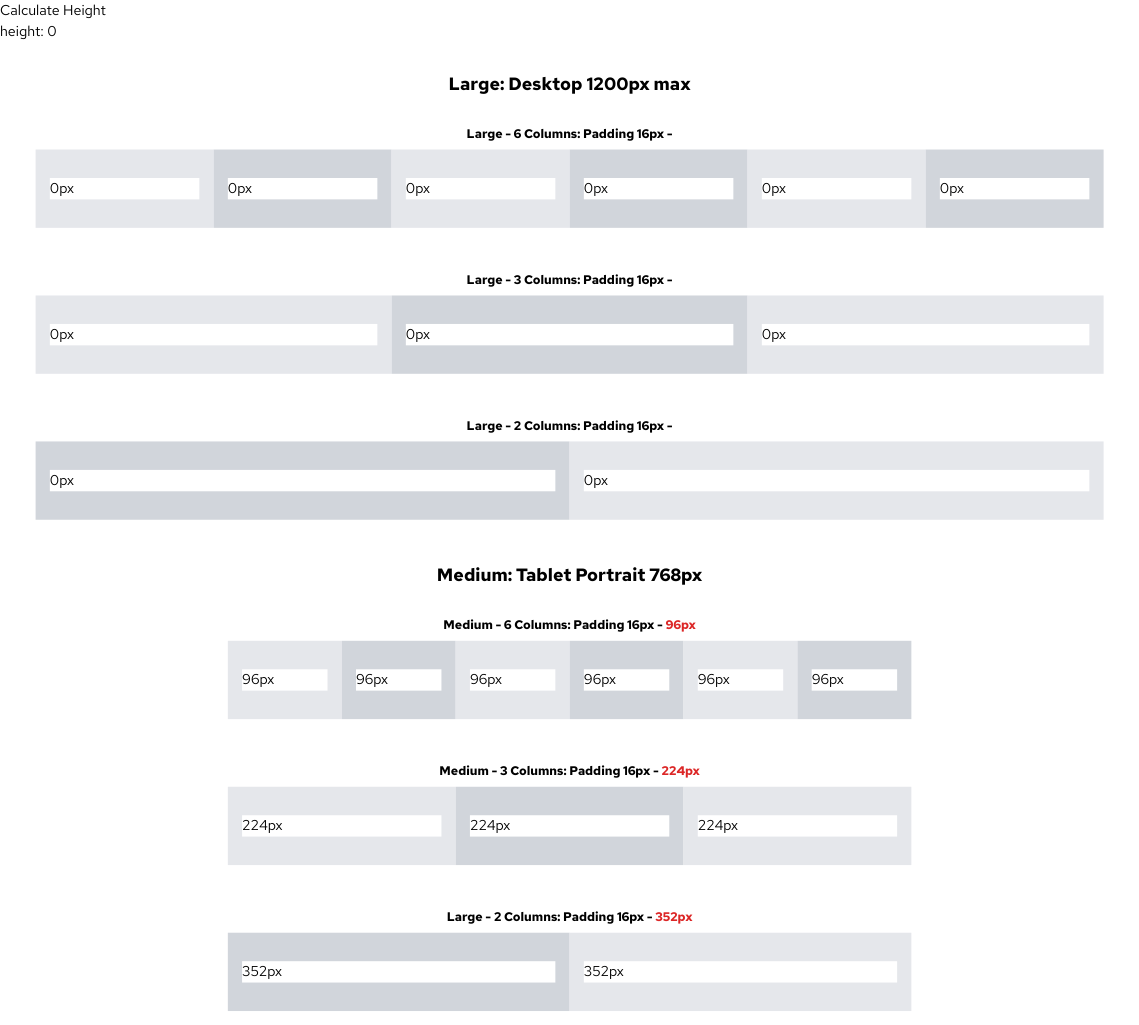
Repository: fabianwurk/vue-tailwind
Page: /
The author's editor kept a copy of each file at every save. The page is drawn from the files as they stood at one save, then again after the next save.
The browser window is 1280 px wide. The pictures show the whole page, at 89% of full size.
The project was rebuilt for these pictures with package versions that can differ from the ones it lists, and the page was loaded fresh each time. Also part of the build but not shown: vite.config.js.

Above is the page before, as saved 2021-03-16 21:55:48.

### index.html
<!DOCTYPE html>
<html lang="en">
  <head>
    <link rel="preconnect" href="https://fonts.gstatic.com">
<link href="https://fonts.googleapis.com/css2?family=Red+Hat+Text:wght@400;700&display=swap" rel="stylesheet">
    <meta charset="UTF-8" />
    <link rel="icon" href="/favicon.ico" />
    <meta name="viewport" content="width=device-width, initial-scale=1.0" />
    <title>Vite App</title>
  </head>
  <body>
    <div id="app"></div>
    <script type="module" src="/src/main.js"></script>
  </body>
</html>

### src/App.vue
<template>
  <Large />
  <Medium />
</template>

<script setup>
import Large from './components/Large.vue';
import Medium from './components/Medium.vue';

</script>

### src/index.css
/* ./src/index.css */
@tailwind base;

body {
  font-family: 'Red Hat Text', sans-serif;
}
@tailwind components;
@tailwind utilities;

### src/components/Large.vue
<template>
  <div>
  <button @click="calculateWidth()">Calculate Height</button>
  <p>height: {{width}}</p>
  <h1 class="text-xl font-bold mb-2 mt-8 text-center">Large: Desktop 1200px max</h1>
  <div class="container mx-auto">
    <h2 class="text-sm font-bold mb-2 mt-8 text-center">Large - 6 Columns: Padding 16px - <span class="text-red-600">{{ sixCol }}</span></h2>
    <div class="flex items-center">
      <div class="w-1/6 bg-gray-200 mb-4 mt-0 py-8 px-4">
        <span class="bg-white w-full block">{{width}}px</span>
      </div>
      <div class="w-1/6 bg-gray-300 mb-4 mt-0 py-8 px-4">
        <span class="bg-white w-full block">{{width}}px</span>
      </div>
      <div class="w-1/6 bg-gray-200 mb-4 mt-0 py-8 px-4">
        <span class="bg-white w-full block">{{width}}px</span>
      </div>
      <div class="w-1/6 bg-gray-300 mb-4 mt-0 py-8 px-4">
        <span class="bg-white w-full block">{{width}}px</span>
      </div>
      <div class="w-1/6 bg-gray-200 mb-4 mt-0 py-8 px-4">
        <span class="bg-white w-full block">{{width}}px</span>
      </div>
      <div class="w-1/6 bg-gray-300 mb-4 mt-0 py-8 px-4">
        <span class="bg-white w-full block">{{width}}px</span>
      </div>
    </div>
  </div>

  <div class="container mx-auto">
    <h2 class="text-sm font-bold mb-2 mt-8 text-center">Large - 3 Columns: Padding 16px - <span class="text-red-600">{{ threeCol }}</span></h2>
    <div class="flex items-center">
      <div class="w-1/3 bg-gray-200 mb-4 mt-0 py-8 px-4">
        <span class="bg-white w-full block">{{width}}px</span>
      </div>
      <div class="w-1/3 bg-gray-300 mb-4 mt-0 py-8 px-4">
        <span class="bg-white w-full block">{{width}}px</span>
      </div>
      <div class="w-1/3 bg-gray-200 mb-4 mt-0 py-8 px-4">
        <span class="bg-white w-full block">{{width}}px</span>
      </div>
    </div>
  </div>

  <div class="container mx-auto">
    <h2 class="text-sm font-bold mb-2 mt-8 text-center">Large - 2 Columns: Padding 16px - <span class="text-red-600">{{ twoCol }}</span></h2>
    <div class="flex items-center">
      <div class="w-1/2 bg-gray-300 mb-4 mt-0 py-8 px-4">
        <span class="bg-white w-full block">{{width}}px</span>
      </div>
      <div class="w-1/2 bg-gray-200 mb-4 mt-0 py-8 px-4">
        <span class="bg-white w-full block">{{width}}px</span>
      </div>
    </div>
  </div>

  </div>
</template>

<script>
export default {
  data() {
    return {
      width: 0,
    };
  },
  methods: {
    calculateWidth() {
      this.width = this.$refs.app.clientWidth;
    }
  }
}
</script>

### src/components/Medium.vue
<template>
  <div>
  <h1 class="text-xl font-bold mb-2 mt-8 text-center">Medium: Tablet Portrait 768px</h1>
  <div class="max-w-3xl mx-auto">
    <h2 class="text-sm font-bold mb-2 mt-8 text-center">Medium - 6 Columns: Padding 16px - <span class="text-red-600">{{ sixColMd }}</span></h2>
    <div class="flex items-center">
      <div class="w-1/6 bg-gray-200 mb-4 mt-0 py-8 px-4">
        <span class="bg-white w-full block">{{ sixColMd }}</span>
      </div>
      <div class="w-1/6 bg-gray-300 mb-4 mt-0 py-8 px-4">
        <span class="bg-white w-full block">{{ sixColMd }}</span>
      </div>
      <div class="w-1/6 bg-gray-200 mb-4 mt-0 py-8 px-4">
        <span class="bg-white w-full block">{{ sixColMd }}</span>
      </div>
      <div class="w-1/6 bg-gray-300 mb-4 mt-0 py-8 px-4">
        <span class="bg-white w-full block">{{ sixColMd }}</span>
      </div>
      <div class="w-1/6 bg-gray-200 mb-4 mt-0 py-8 px-4">
        <span class="bg-white w-full block">{{ sixColMd }}</span>
      </div>
      <div class="w-1/6 bg-gray-300 mb-4 mt-0 py-8 px-4">
        <span class="bg-white w-full block">{{ sixColMd }}</span>
      </div>
    </div>
  </div>

  <div class="max-w-3xl mx-auto">
    <h2 class="text-sm font-bold mb-2 mt-8 text-center">Medium - 3 Columns: Padding 16px - <span class="text-red-600">{{ threeColMd }}</span></h2>
    <div class="flex items-center">
      <div class="w-1/3 bg-gray-200 mb-4 mt-0 py-8 px-4">
        <span class="bg-white w-full block">{{ threeColMd }}</span>
      </div>
      <div class="w-1/3 bg-gray-300 mb-4 mt-0 py-8 px-4">
        <span class="bg-white w-full block">{{ threeColMd }}</span>
      </div>
      <div class="w-1/3 bg-gray-200 mb-4 mt-0 py-8 px-4">
        <span class="bg-white w-full block">{{ threeColMd }}</span>
      </div>
    </div>
  </div>

  <div class="max-w-3xl mx-auto">
    <h2 class="text-sm font-bold mb-2 mt-8 text-center">Large - 2 Columns: Padding 16px - <span class="text-red-600">{{ twoColMd }}</span></h2>
    <div class="flex items-center">
      <div class="w-1/2 bg-gray-300 mb-4 mt-0 py-8 px-4">
        <span class="bg-white w-full block">{{ twoColMd }}</span>
      </div>
      <div class="w-1/2 bg-gray-200 mb-4 mt-0 py-8 px-4">
        <span class="bg-white w-full block">{{ twoColMd }}</span>
      </div>
    </div>
  </div>

  </div>
</template>

<script>
export default {
  data() {
    return {
      sixColMd: "96px",
      threeColMd: "224px",
      twoColMd: "352px",
    };
  },
}
</script>

### tailwind.config.js
module.exports = {
  purge: ['./index.html', './src/**/*.{vue,js,ts,jsx,tsx}'],
  darkMode: false, // or 'media' or 'class'
  theme: {
    extend: {
      container: {
        'md': {'max': '768px'},
      },
      screens: {
        'xl': {'min': '1200px', 'max': '1280px'},
        '2xl': {'max': '1280px'},
      },
    },
  },
  variants: {
    extend: {},
  },
  plugins: [],
}

Loaded but not shown: src/main.js (common file)

After the next save:
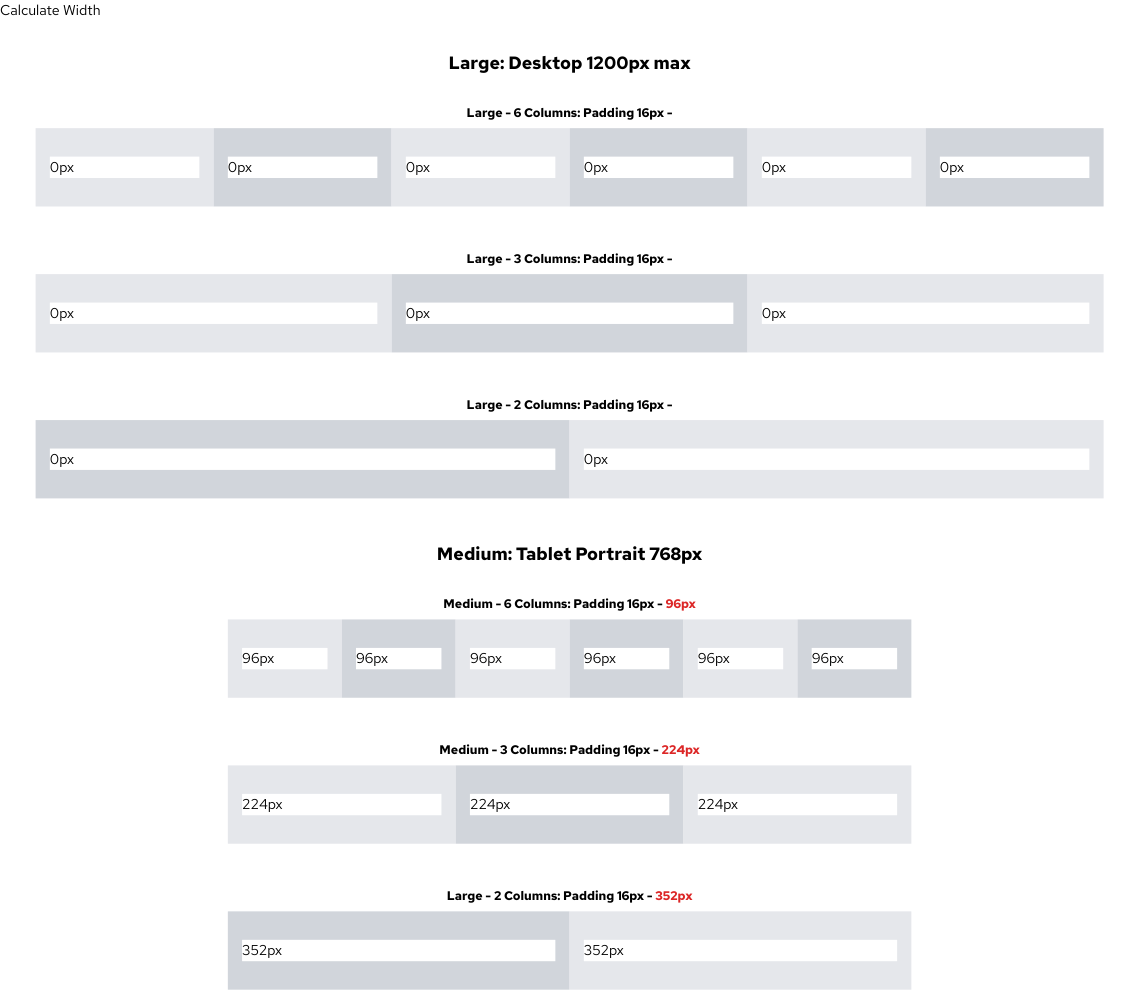
Saved 52 s later.
--- a/src/components/Large.vue
+++ b/src/components/Large.vue
@@ -1,7 +1,6 @@
 <template>
   <div>
-  <button @click="calculateWidth()">Calculate Height</button>
-  <p>height: {{width}}</p>
+  <button @click="calculateWidth()">Calculate Width</button>
   <h1 class="text-xl font-bold mb-2 mt-8 text-center">Large: Desktop 1200px max</h1>
   <div class="container mx-auto">
     <h2 class="text-sm font-bold mb-2 mt-8 text-center">Large - 6 Columns: Padding 16px - <span class="text-red-600">{{ sixCol }}</span></h2>

After the save that followed:
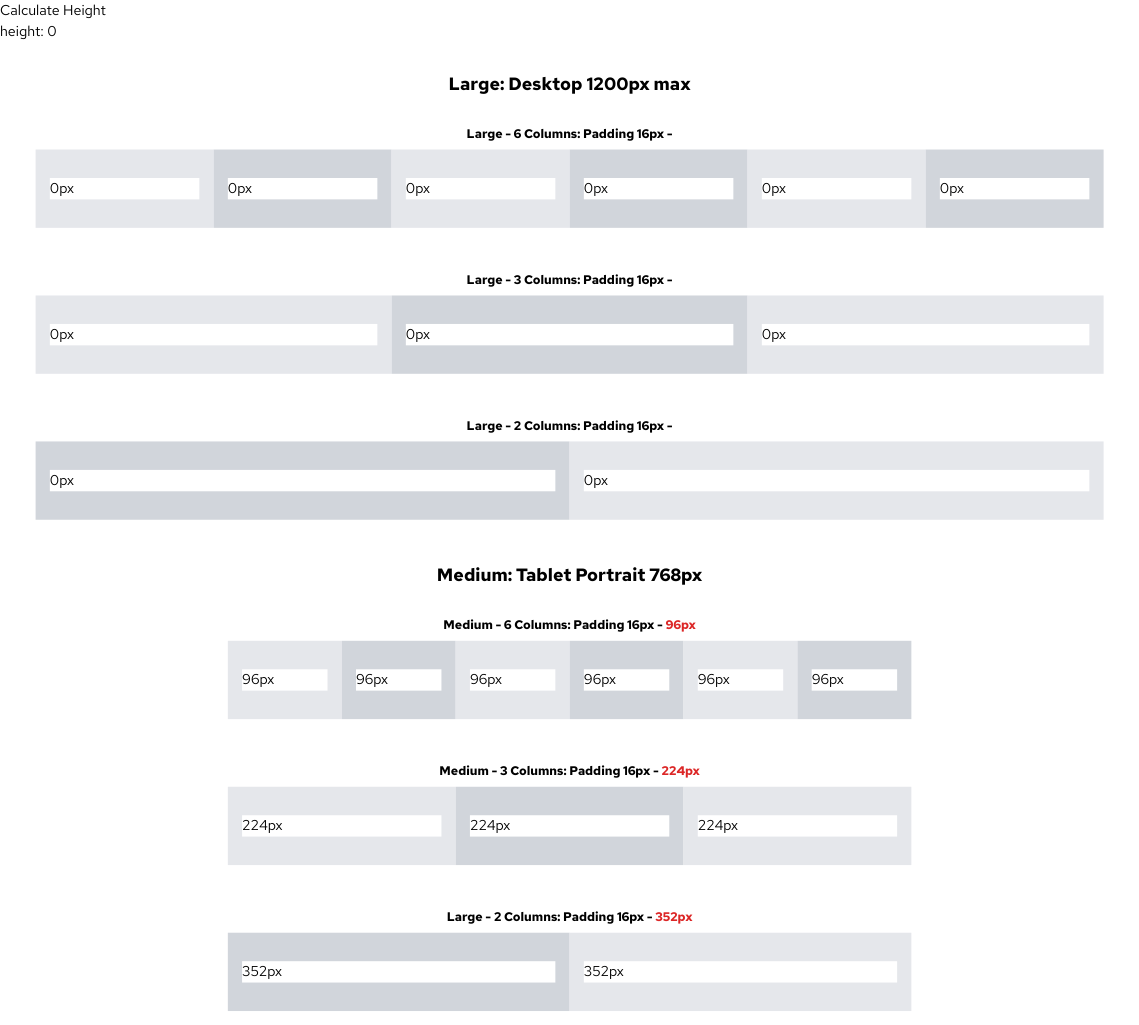
Saved 10 s later.
--- a/src/components/Large.vue
+++ b/src/components/Large.vue
@@ -1,6 +1,7 @@
 <template>
   <div>
-  <button @click="calculateWidth()">Calculate Width</button>
+  <button @click="calculateWidth()">Calculate Height</button>
+  <p>height: {{width}}</p>
   <h1 class="text-xl font-bold mb-2 mt-8 text-center">Large: Desktop 1200px max</h1>
   <div class="container mx-auto">
     <h2 class="text-sm font-bold mb-2 mt-8 text-center">Large - 6 Columns: Padding 16px - <span class="text-red-600">{{ sixCol }}</span></h2>
